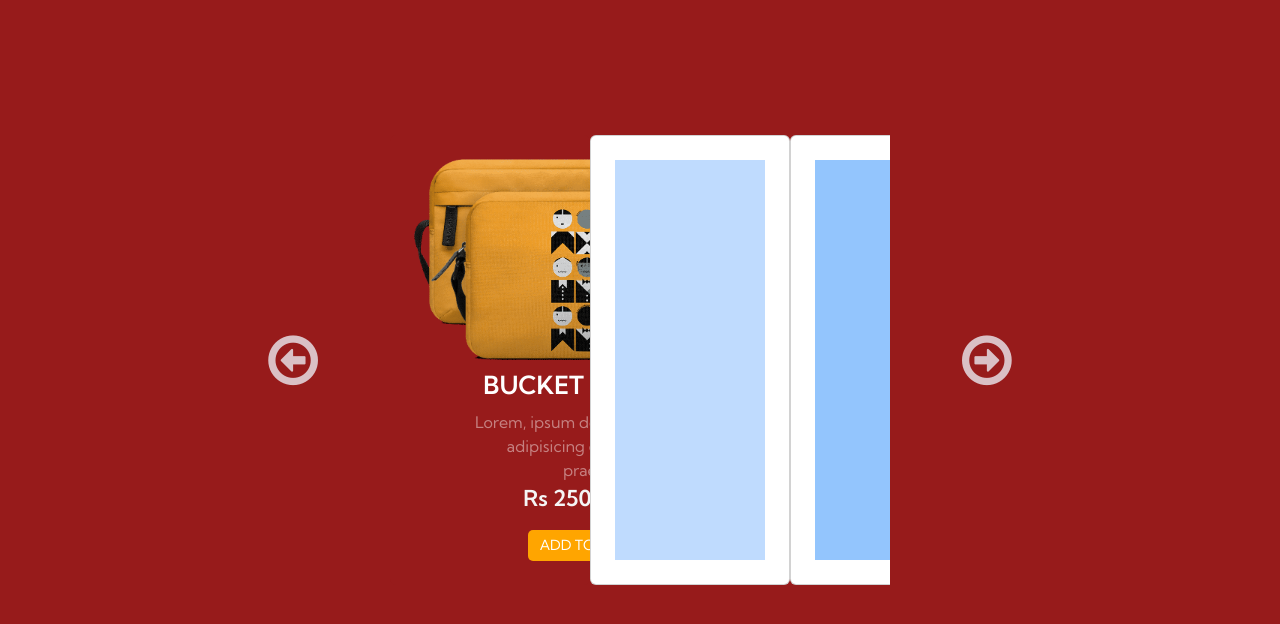
Repository: go23rishu/BagsWebsite
Page: bucketbagcarousel.html
The author's editor kept a copy of each file at every save. The page is drawn from the files as they stood at one save, then again after the next save.
The browser window is 1280 px wide. The pictures show the whole page.
Some web fonts or font styles are not loaded; a fallback is used. Some web libraries are served in a nearby version.

Above is the page before, as saved 2023-06-21 14:13:38.

After the next save:
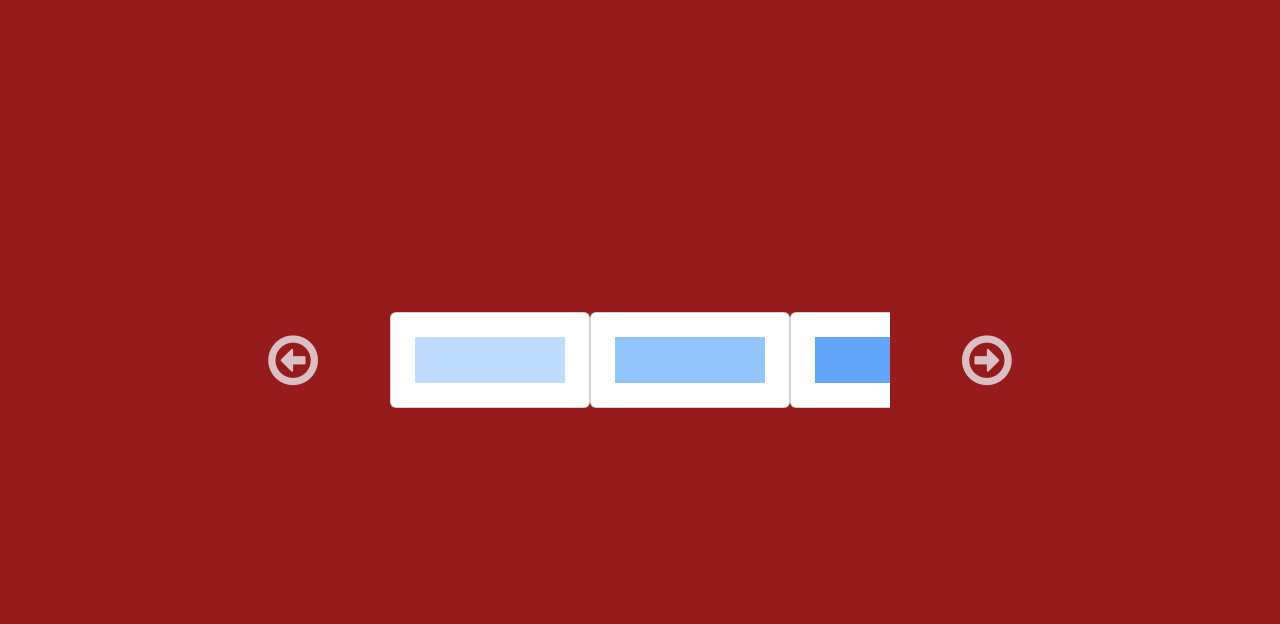
Saved 54 s later.
--- a/bucketbagcarousel.html
+++ b/bucketbagcarousel.html
@@ -34,15 +34,6 @@
       <div id="slider" class="w-[500px] flex overflow-hidden h-[300px]scroll-smooth">
 
         <div id="slider-container" class="flex">
-          <article class="card w-[200px] p-4" style="background-color: #971b1b;border:none;">
-            <div class="grid content-center text-center">
-              <img src="./assets/PngItem_6094056.png">
-              <h1> BUCKET BAG </h1>
-              <p>Lorem, ipsum dolor sit amet consectetur adipisicing elit. Error aspernatur praesentium vel.</p>
-              <label>Rs 2500</label>
-              <button class="add-to-cart-carousel center">ADD TO CART</button>
-            </div>
-          </article>
           <article class="card w-[200px] p-4">
             <div class="w-full h-full bg-blue-200"></div>
           </article>
